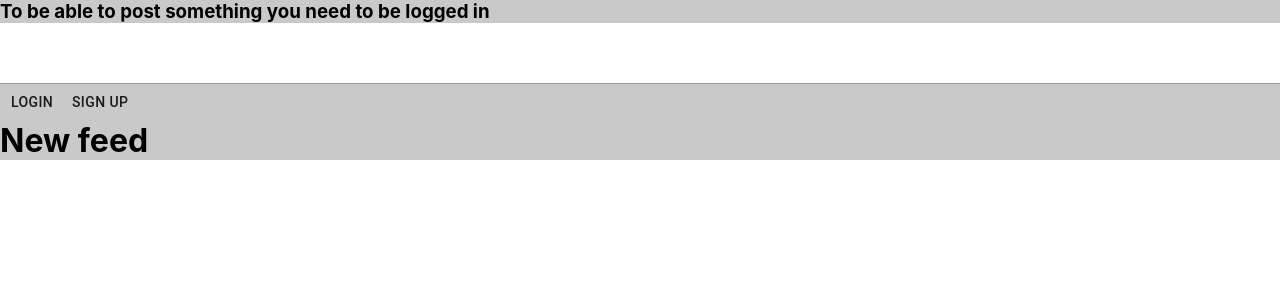
Repository: SerbanLuca/Instagram-clone
Page: /
The author's editor kept a copy of each file at every save. The page is drawn from the files as they stood at one save, then again after the next save.
The browser window is 1280 px wide. The pictures show the whole page.
The page's requests for data from a server got no answer. The project was rebuilt for these pictures with package versions that can differ from the ones it lists, and the page was loaded fresh each time. No one was signed in, and anything a server would have sent is missing. Also part of the build but not shown: src/components/Post.css, src/components/Post.js, src/components/ImageUpload.js.

Above is the page before, as saved 2021-05-24 22:25:30.
Not found: images/lucagram.png

### src/App.js
import './App.css';
import Post from './components/Post'
import React, {useState, useEffect} from 'react'
import {auth, db} from './firebase'
import { makeStyles } from '@material-ui/core/styles';
import Modal from '@material-ui/core/Modal';
import { Button, Input } from '@material-ui/core';
import ImageUpload from './components/ImageUpload';

function getModalStyle() {
  const top = 50;
  const left = 50;

  return {
    top: `${top}%`,
    left: `${left}%`,
    transform: `translate(-${top}%, -${left}%)`,
  };
}

const useStyles = makeStyles((theme) => ({
  paper: {
    position: 'absolute',
    width: 400,
    backgroundColor: theme.palette.background.paper,
    border: '2px solid #000',
    boxShadow: theme.shadows[5],
    padding: theme.spacing(2, 4, 3),
  },
}));


function App() {
  const classes = useStyles();
  const [posts, setPosts] = useState([])
  const [open, setOpen] = useState(false)
  const [modalStyle] = useState(getModalStyle);
  const [username, setUsername] = useState('');
  const [email, setEmail] = useState('')
  const [password, setPassword] = useState('')
  const [user, setUser] = useState(null)
  const [openSignIn, setOpenSignIn] = useState(false)

  useEffect(() => {
    const unsubscribe = auth.onAuthStateChanged((authUser) => {
      if(authUser){
        //user has logged in
        console.log(authUser)
        setUser(authUser)
      }
      else{
        //the user has logged out
        setUser(null)
      }
    })
    return () => {
      unsubscribe()
    }
  },[user, username])

  useEffect(() => {
    db.collection('posts').orderBy('timestamp','desc').onSnapshot(snapshot => {
      setPosts(snapshot.docs.map(doc => ({
        id: doc.id,
        post: doc.data()})))
    })
  },[])

  const signUp = (event) => {
    event.preventDefault();
    auth.createUserWithEmailAndPassword(email, password)
    .then((authUser) => {
      return authUser.user.updateProfile({
        displayName: username
      })
    })
    .catch((error) => alert(error.message))
    setOpen(false)
  }

  const signIn = (event) => {
    event.preventDefault();
    auth.signInWithEmailAndPassword(email, password)
    .catch((error) => alert(error.message))
    setOpenSignIn(false)
  }


  return (
    <div className="app">

      {user?.displayName ? (
          <ImageUpload username={user.displayName}/>
      ):(
        <h3>To be able to post something you need to be logged in</h3>
      ) }
      <Modal
        open={open}
        onClose={() => setOpen(false)}
      >
        <div style={modalStyle} className={classes.paper}>
          <form className='app__signup'>
            <center>
              <img src='https://cdn.shopify.com/s/files/1/0249/5892/6941/products/stickerirononInstagram-Logo_3840x.png?v=1615134485' alt='' className='app__headerImage'/>
              <Input placeholder='username' type='text' value={username} onChange={(e) => setUsername(e.target.value)} />
              <Input placeholder='email' type='text' value={email} onChange={(e) => setEmail(e.target.value)} />
              <Input placeholder='password' type='password' value={password} onChange={(e) => setPassword(e.target.value)} />
              <Button onClick={signUp}>Sign Up</Button>
            </center>
          </form>
        </div>
      </Modal>
      <Modal
        open={openSignIn}
        onClose={() => setOpenSignIn(false)}
        className='app__modal'
      >
        <div style={modalStyle} className={classes.paper}>
          <form className='app__signup'>
            <center>
              <img src='https://cdn.shopify.com/s/files/1/0249/5892/6941/products/stickerirononInstagram-Logo_3840x.png?v=1615134485' alt='' className='app__headerImage'/>
              <Input placeholder='email' type='text' value={email} onChange={(e) => setEmail(e.target.value)} />
              <Input placeholder='password' type='password' value={password} onChange={(e) => setPassword(e.target.value)} />
              <Button onClick={signIn}>Sign In</Button>
            </center>
          </form>
        </div>
      </Modal>

      <div className='app__header'>
          <img className='app__headerImage' src='./images/lucagram.png' alt=''/>
      </div>

      {user ? (
          <Button type='submit'onClick={() => auth.signOut()}>Logout</Button>
      ): (
          <div className='app__loginContainer'>
              <Button type='submit'onClick={() => setOpenSignIn(true)}>Login</Button>
              <Button type='submit'onClick={() => setOpen(true)}>Sign Up</Button>
          </div>
      )}
      <h1>New feed</h1>
      {
        posts.map(({id, post}) => (
          <Post key={id} postId={id} user={user} username={post.username} caption={post.caption} imageURL={post.imageURL}/>
        ))
      }
    </div>
  );
}

export default App;

### src/App.css
*{
  margin: 0;
  padding: 0;
  box-sizing: border-box;
}

.app
{
  background-color: rgb(201, 201, 201);
}

.app__header
{
  object-fit: contain;
  background-color: white;
  padding: 20px;
  border-bottom: 1px solid rgb(156, 156, 156);
}

.app__headerImage
{
  width: 100px;
}

.app__signup
{
  display: flex;
  flex-direction: column;
}

.app__modal
{
  object-fit: contain;
}

### src/firebase.js
import firebase from 'firebase'

const firebaseApp = firebase.initializeApp({
    apiKey: "AIzaSyBBV2L8xdR2OBDhyUxoTk0fx6Mlwqrt58o",
    authDomain: "instagram-d-55073.firebaseapp.com",
    projectId: "instagram-d-55073",
    storageBucket: "instagram-d-55073.appspot.com",
    messagingSenderId: "330192141086",
    appId: "1:330192141086:web:c664c103389e5e3316270f"
});

const db = firebaseApp.firestore()
const auth = firebase.auth()
const storage = firebase.storage()

export {db, auth, storage}

Loaded but not shown: public/index.html (common file); src/index.js (common file); src/index.css (common file); src/components/ImageUpload.css (no stored copy; drawn as an empty file)

After the next save:
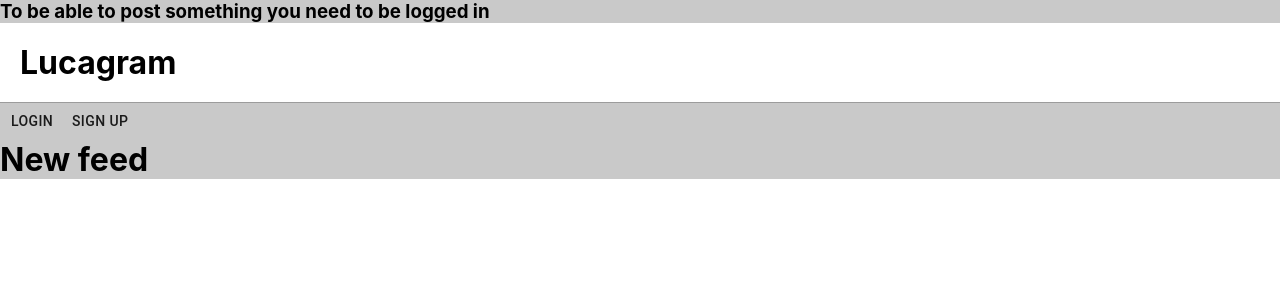
Saved 34 s later.
--- a/src/App.js
+++ b/src/App.js
@@ -128,7 +128,7 @@ function App() {
       </Modal>
 
       <div className='app__header'>
-          <img className='app__headerImage' src='./images/lucagram.png' alt=''/>
+          <h1>Lucagram</h1>
       </div>
 
       {user ? (
